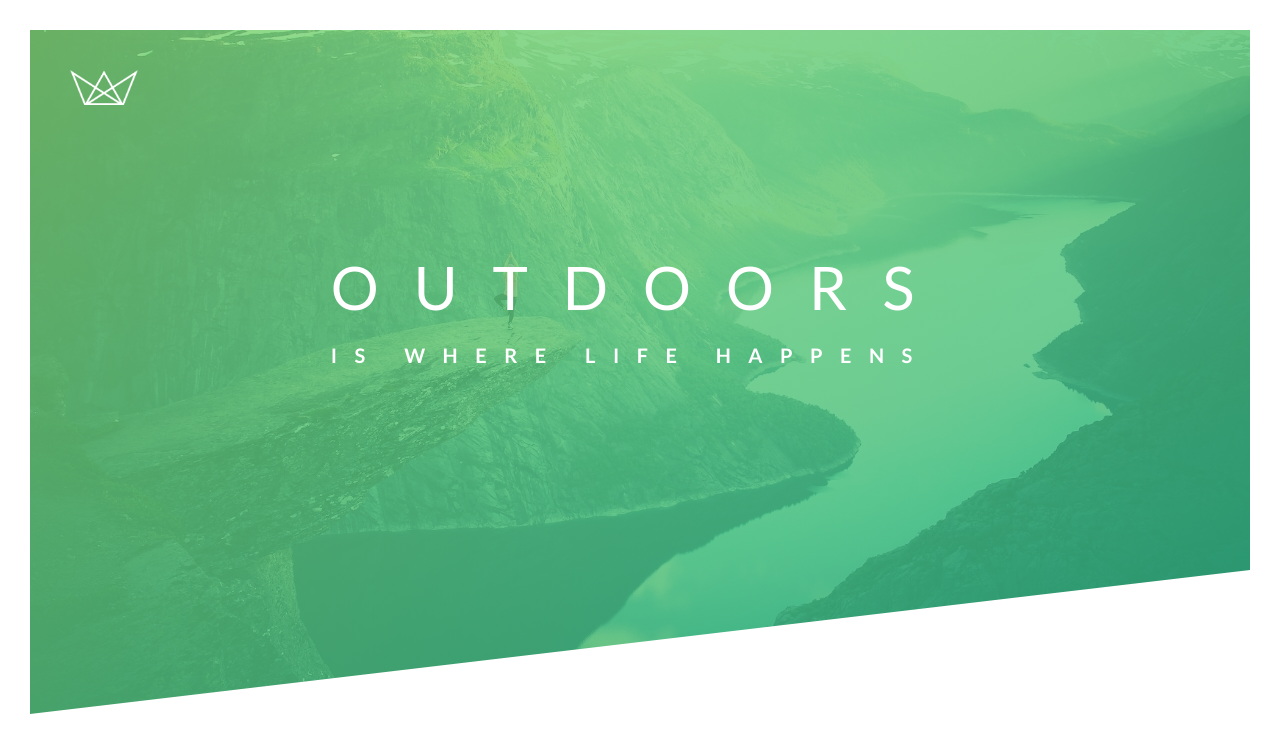
Repository: kamilluc/advanced-css-course
Page: Natours/my-implementation/index.html
An editor plug-in stored every save of this project. The page is shown before and after the next save, followed by the edit.
The browser window is 1280 px wide. The pictures show the whole page.

Above is the page before, as saved 2019-05-24 21:44:24.

After the next save:
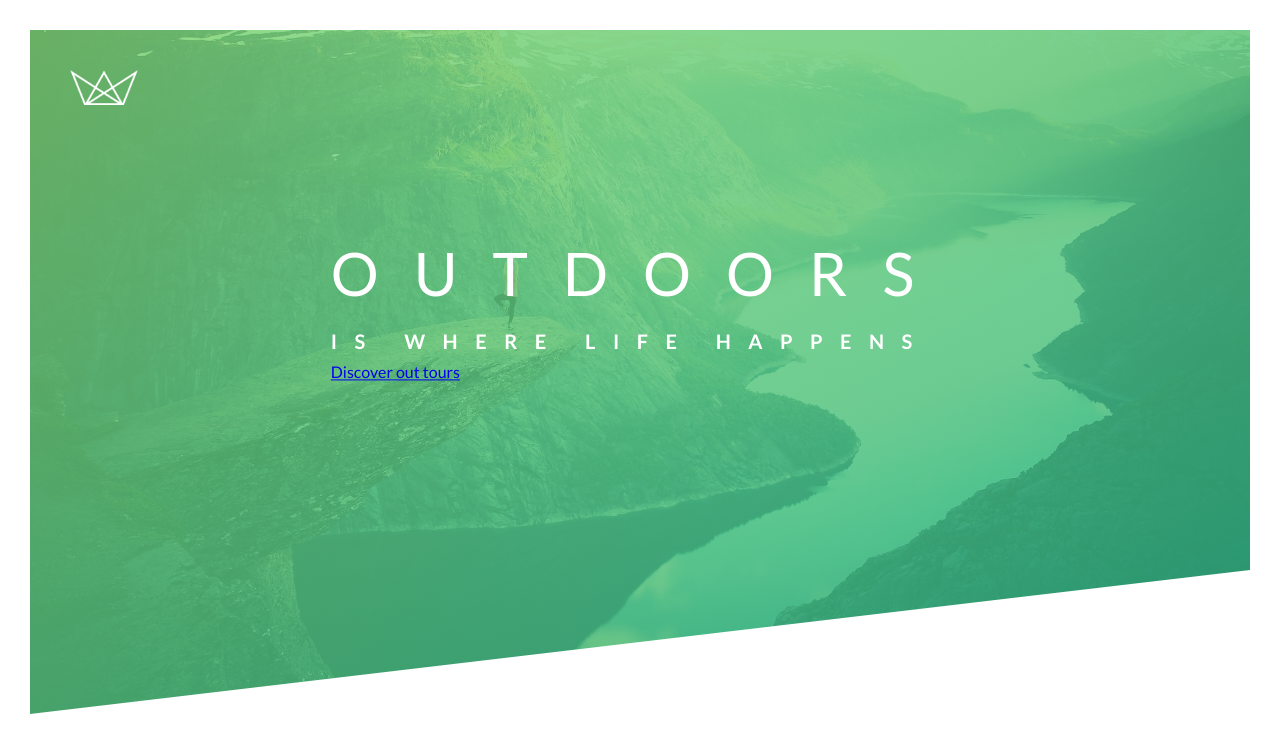
Saved 95 min 41 s later.
--- a/Natours/my-implementation/index.html
+++ b/Natours/my-implementation/index.html
@@ -26,6 +26,7 @@
           <span class="heading-primary-main">Outdoors</span>
           <span class="heading-primary-sub">is where life happens</span>
         </h1>
+        <a href="#" class="btn btn-white">Discover out tours</a>
       </div>
     </header>
   </body>
